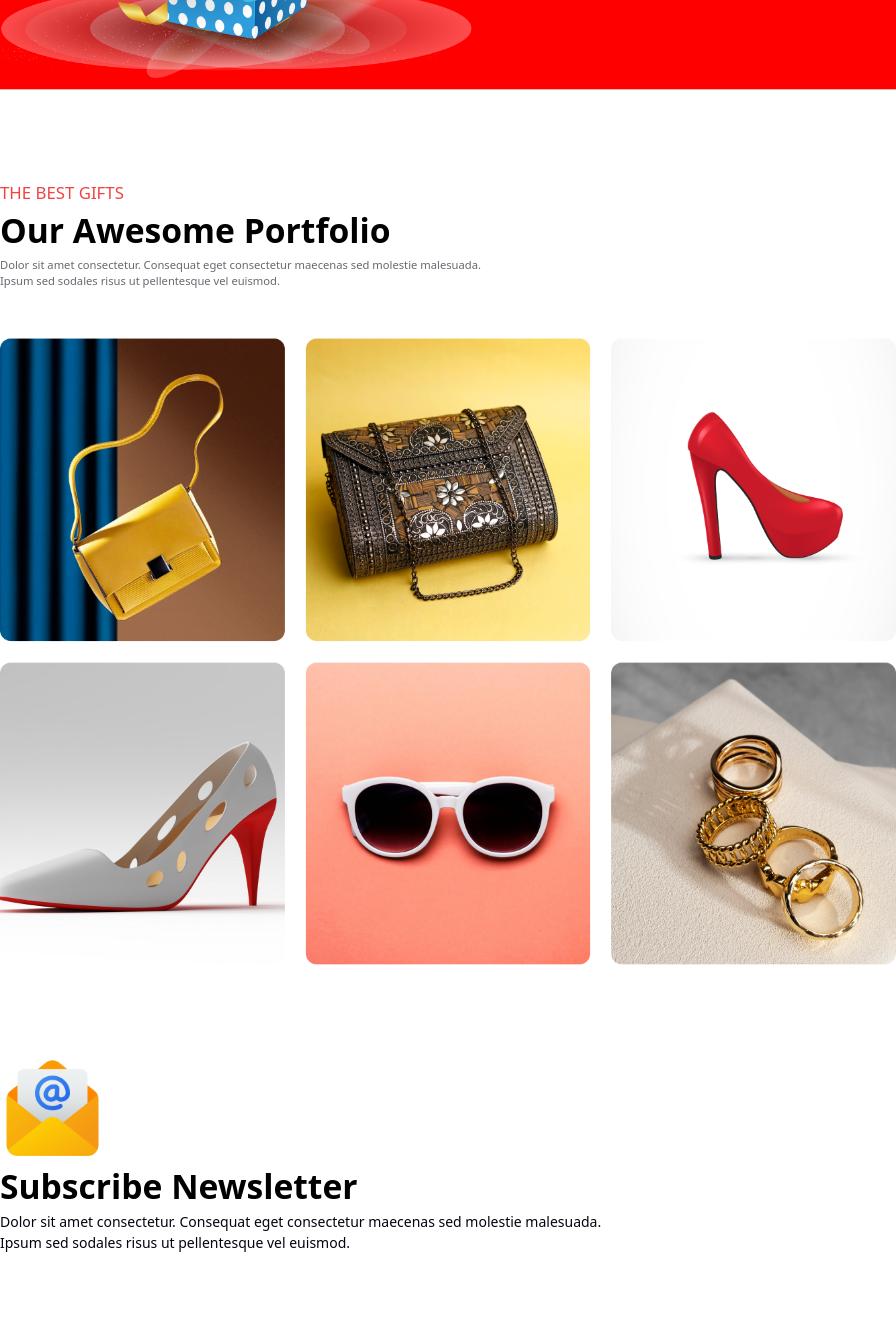
Repository: nahid-hasann/landing-page-1
Page: index.html
An editor plug-in stored every save of this project. The page is shown before and after the next save, followed by the edit.
The browser window is 1280 px wide. The pictures show the part of the page from y = 4412 to 6332 px (the page is 6332 px tall before and 6200 px after), at 70% of full size.
Some web libraries are served in a nearby version.

Above is the page before, as saved 2025-07-09 21:55:43.

### index.html
<!DOCTYPE html>
<html lang="en">
<head>
    <meta charset="UTF-8">
    <meta name="viewport" content="width=device-width, initial-scale=10">
    <title>Document</title>
    <link rel="stylesheet" href="style.css">
    <script src="https://cdn.tailwindcss.com"></script>

</head>
<body>

<main class="main">

  <section>
      <div class="banner">

        <h6 style="color: white; text-align: center;">Happy New Year</h6>
        <h1 style="color: white; text-align: center;">New Year Party Celebration</h1>

    </div>
  </section>

<section class="discount-section">
      <div class="discount">

      <h1 class="discount-of">65% OFF</h1>
      <br>
      <br>
      <br>
      <p class="discount-p">OUR HOLIDAY DEALS ARE BETTER</p>
      <br>
      <h4 class="discount-h">ALL CATEGORIES</h4>
      <br>
      <img style="width: 802px; text-align: center; margin: auto;" src="images/New Year Photo.png" alt="">

  </div>
</section>

<section class="midnight-party">
      <div>
        <h1 style="font-size: 64px; color: white;">Welcome to midnight party</h1>
        <br>
        <p style="font-size: 18px; color: #b09f7c;">Dolor sit amet consectetur. Consequat eget consectetur maecenas sed molestie malesuada. Ipsum sed sodales risus ut pellentesque vel euismod. </p>
        <br>
        <p style="font-size: 20px ; font-weight: 700; color: white;">Join Now</p>
      </div>

      <img src="images/Group 70.png" alt="">

</section >

<section class=" offer">

         <p style="font-size: 30px;"><span style="color: red; font-size: 30px;">Place:</span> New Park Hotel</p>
         <br>
         <p style="font-size: 30px;"><span style="color: red; font-size: 30px;">Date:</span> 31 December Night 2023</p>
         <br>
         <p style="font-size: 30px;"><span style="color: red; font-size: 30px;">Time:</span> Evening 7.30 pm to 12.30 am</p>
         <br>
         <br>
         <button class="btn">Join Now</button>

</section>


<section class="new-best-offer">

<div class="new-offer1">
  <p style="font-size: 24px; color: red;">NEW BEST OFFER</p>
  <br>
  <h1 style="font-size: 48px;">Coming Soon</h1>
  <br>
  <p style="font-size: 20px ; color: rgba(7, 2, 17, 0.6);">Dolor sit amet consectetur. Consequat eget consectetur maecenas sed molestie malesuada. Ipsum sed sodales risus ut pellentesque vel euismod. </p>
</div>

<div style="padding-right: 100px;" class="new-offer2">
    <div class="circle-border">
      <img style="width: 364px; " src="images/Ellipse 1.png" alt="">
    </div>
</div>

<div class="new-offer3">
      <h2>2024</h2>
      <p>Dolor sit amet consectetur. Consequat eget consectetur maecenas sed.</p>
      <img src="images/Group 96.png" alt="">
</div>

</section>


<section class="holidays">

  <div>
    <p style="font-size: 24px ; text-align: center;">WHAT IS FUNCTIONAL</p>
    <br>
    <h1 style="font-size: 72px; text-align: center;"><span style="color: red; text-align: center;">Holidays</span> Sale 50%</h1>
    <br>
    <p style="text-align: center; font-size: 18px ; padding: 0px 100px;">Dolor sit amet consectetur. Consequat eget consectetur maecenas sed <br>
molestie malesuada. Ipsum sed  sodales risus ut pellentesque vel euismod. Eleifend nunc purus quam id <br> fermentum amet amet sit consectetur.</p>
  </div>

  <div class="holidays-img">
    <img class="img1" src="images/Group 75.png" alt="">
    <img class="img2" src="images/Group 44.png" alt="">
  </div>


</section>


<section class="img-show mb-[130px]">

   <div>
    <p class="text-red-500  text-[24px]">THE BEST GIFTS</p>
    <h1 class="text-[48px] font-bold">Our Awesome Portfolio</h1>
    <p class="text-[rgba(7,2,17,0.6)]">Dolor sit amet consectetur. Consequat eget consectetur maecenas sed molestie malesuada. <br>
    Ipsum sed sodales risus ut pellentesque vel euismod. </p>
   </div>

   <div class="img-show-1">
    <img src="images/Rectangle 3.png" alt="">
    <img src="images/Rectangle 4.png" alt="">
    <img src="images/Rectangle 5.png" alt="">
    <img src="images/Rectangle 6.png" alt="">
    <img src="images/Rectangle 7.png" alt="">
    <img src="images/Rectangle 8.png" alt="">
   </div>

</section>

<section class="subscrib-news-latter mb-[130px]">
     <div class="subscription">
      <img class="w-[150px] h-[150px]" src="images/Group 61.png" alt="">
      <h1 class="text-[48px] font-bold">Subscribe Newsletter</h1>
      <p class="text-[20px] text-[#070211]">Dolor sit amet consectetur. Consequat eget consectetur maecenas sed molestie malesuada.
        <br> Ipsum sed sodales risus ut pellentesque vel euismod. </p>
     </div>
</section>

</main>





</body>
</html>

### style.css
*{
    margin: 0;
    padding: 0;
    box-sizing: border-box;
}

.main{
    max-width: 1320px;
    margin: auto;
}

.banner{
    background: linear-gradient(rgba(0, 0, 0, 0.5), rgba(0, 0, 0, 0.5)), url(images/banner.png);
    background-repeat: no-repeat;
    background-size: cover;
    background-position: center;
    margin: 20px auto;
    height: 600px;
    display: flex;
    flex-direction: column;
    justify-content: center;
    border-radius: 15px;

}

.banner h1 {
   font-size: 72px;
}

.banner h6{
    font-size: 32px;
}

.discount{
    display: flex;
    flex-direction: column;
    justify-content: center;
    align-items: center;
}

.discount-of{
    font-size: 88px;
    color: red;
}

.discount-p{
    font-size: 24px ;
    color: red;

}

.discount-h{
    font-size: 48px;
}

.discount-section{
    margin: 130px 0;
}

.midnight-party{
    display: flex;
    justify-content: space-around;
    background: linear-gradient(rgba(0, 0, 0, 0.5), rgba(0, 0, 0, 0.5)), url('images/Vectorrr.png');
    align-items: center;
    padding: 40px 100px;
    border-radius: 10px;
    gap: 40px;
    margin-bottom: 130px;
}

.offer{
    background: linear-gradient(to bottom, #ffeaea, #ffffff);
    padding: 100px;
    display: flex;
    flex-direction: column;
    align-items: center;
    margin-bottom: 130px;
    border-radius: 10px;
}

.btn{
    padding: 13px 24px;
    border: none;
    background-color: red;
    border-radius: 5px;
}

.new-best-offer{
    display: flex;
    gap: 50px;
    align-items: center;
    justify-content: space-between;
    margin: 130px auto;
}

.new-offer2 .circle-border{
    width: 500px;
    height: 500px;
    border-radius: 50%;
    display: flex;
    justify-content: center;
    background: transparent;
    align-items: center;
    border: 20px solid red;

}

.new-offer2 img {
    width: 90%;                 /* Size adjust */
    height: auto;
    object-fit: cover;          /* Maintain image aspect */
}

.holidays{
    margin-bottom: 130px;
}

.img1{
    width: 674px;
}

.img2{
    width: 200px;
    margin-bottom: 300px;
    margin-right: 70px;
}

.holidays-img{
    background-image: url('images/rectangle.png');
    background-repeat: no-repeat;
    background-position: center bottom;
    display: flex;
    justify-content: space-between;
    align-items: flex-end;
    margin-top: 50px;
}

.img-show-1{

    display: grid;
    grid-template-columns: 1fr 1fr 1fr;
    column-gap: 30px;
    row-gap: 30px;
    margin-top: 70px;
}

After the next save:
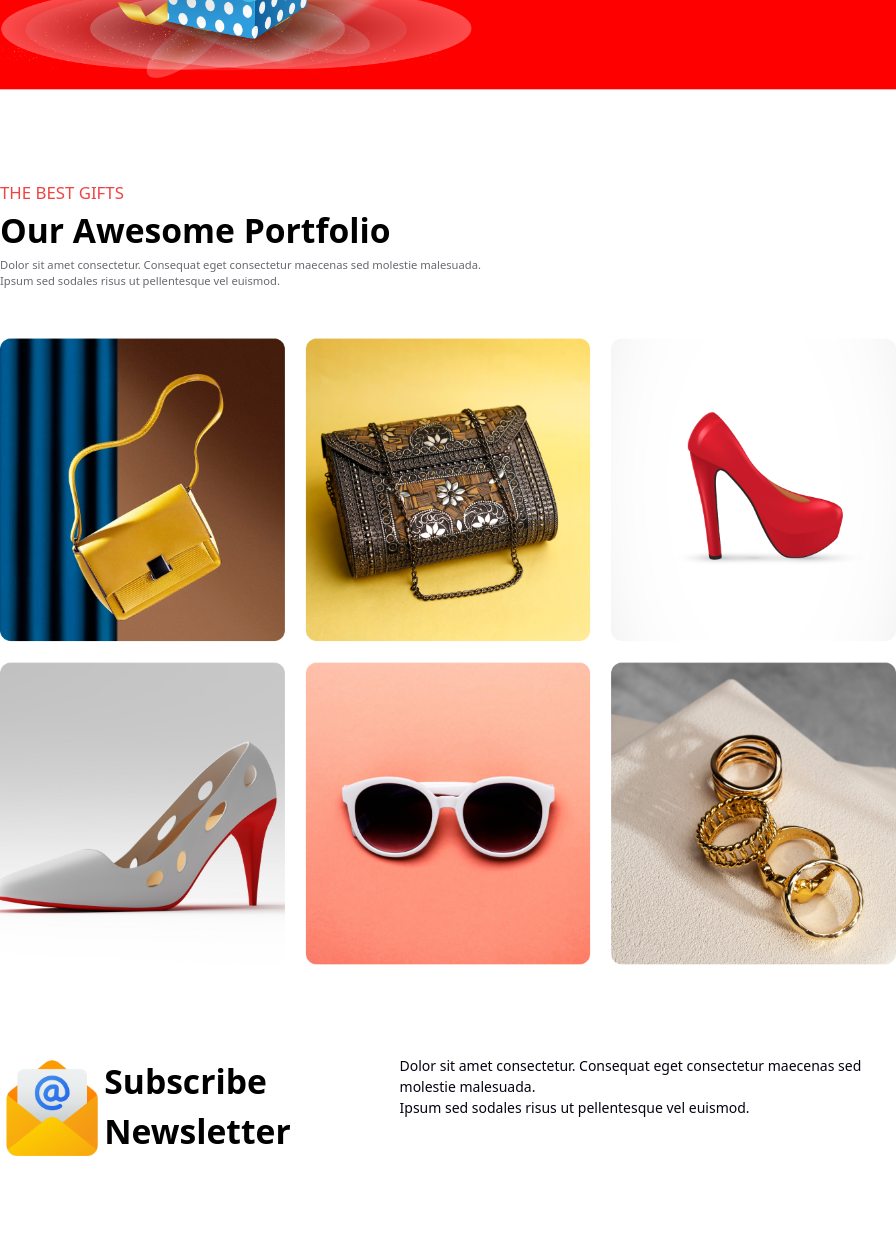
Saved 77 s later.
--- a/index.html
+++ b/index.html
@@ -130,7 +130,7 @@
 </section>
 
 <section class="subscrib-news-latter mb-[130px]">
-     <div class="subscription">
+     <div class="flex">
       <img class="w-[150px] h-[150px]" src="images/Group 61.png" alt="">
       <h1 class="text-[48px] font-bold">Subscribe Newsletter</h1>
       <p class="text-[20px] text-[#070211]">Dolor sit amet consectetur. Consequat eget consectetur maecenas sed molestie malesuada.

After the 2 saves that followed:
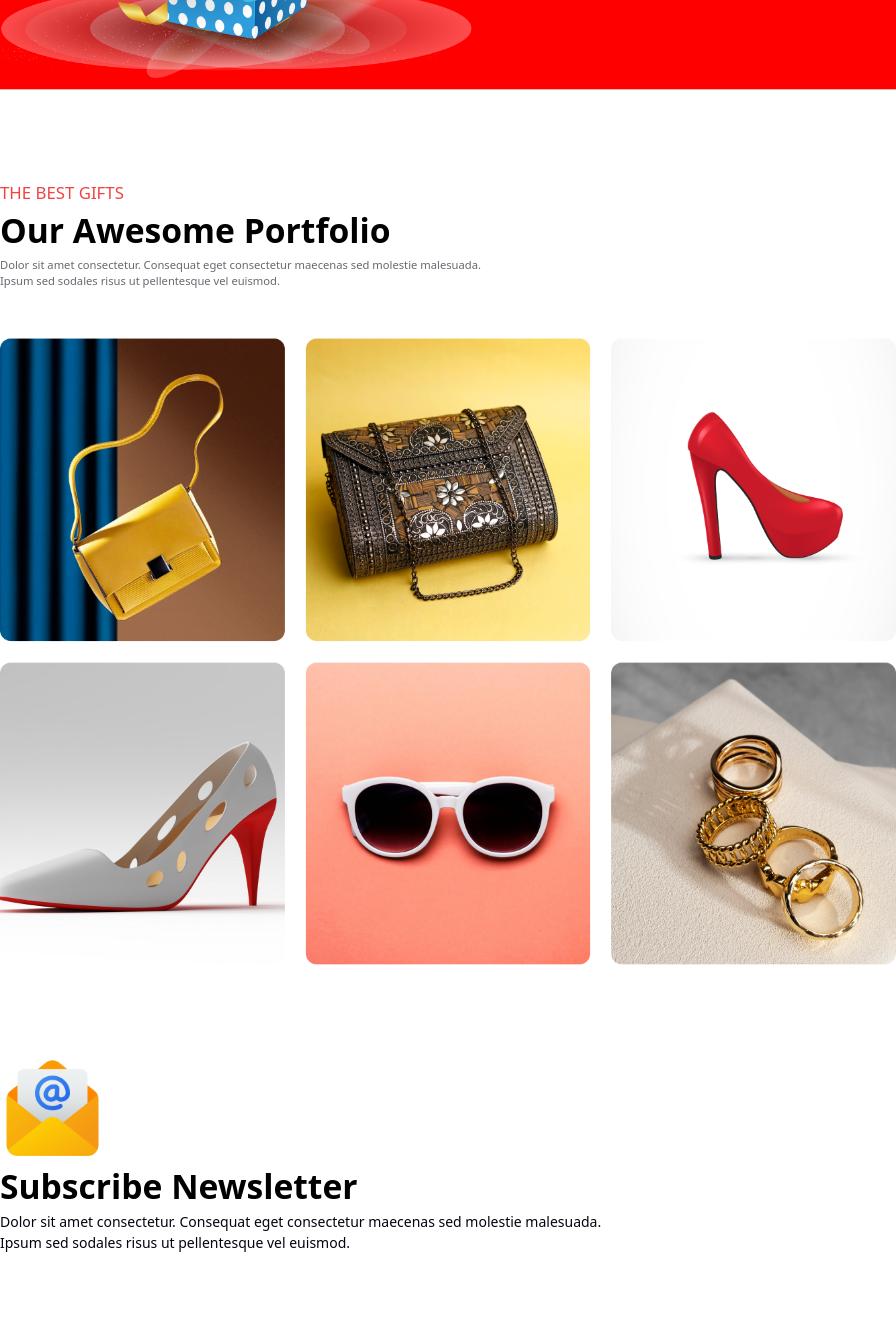
The 2 saves are shown as one change because 1 left the picture as it was.
The last was saved 68 s later.
--- a/index.html
+++ b/index.html
@@ -130,7 +130,7 @@
 </section>
 
 <section class="subscrib-news-latter mb-[130px]">
-     <div class="flex">
+     <div class="subscription">
       <img class="w-[150px] h-[150px]" src="images/Group 61.png" alt="">
       <h1 class="text-[48px] font-bold">Subscribe Newsletter</h1>
       <p class="text-[20px] text-[#070211]">Dolor sit amet consectetur. Consequat eget consectetur maecenas sed molestie malesuada.
